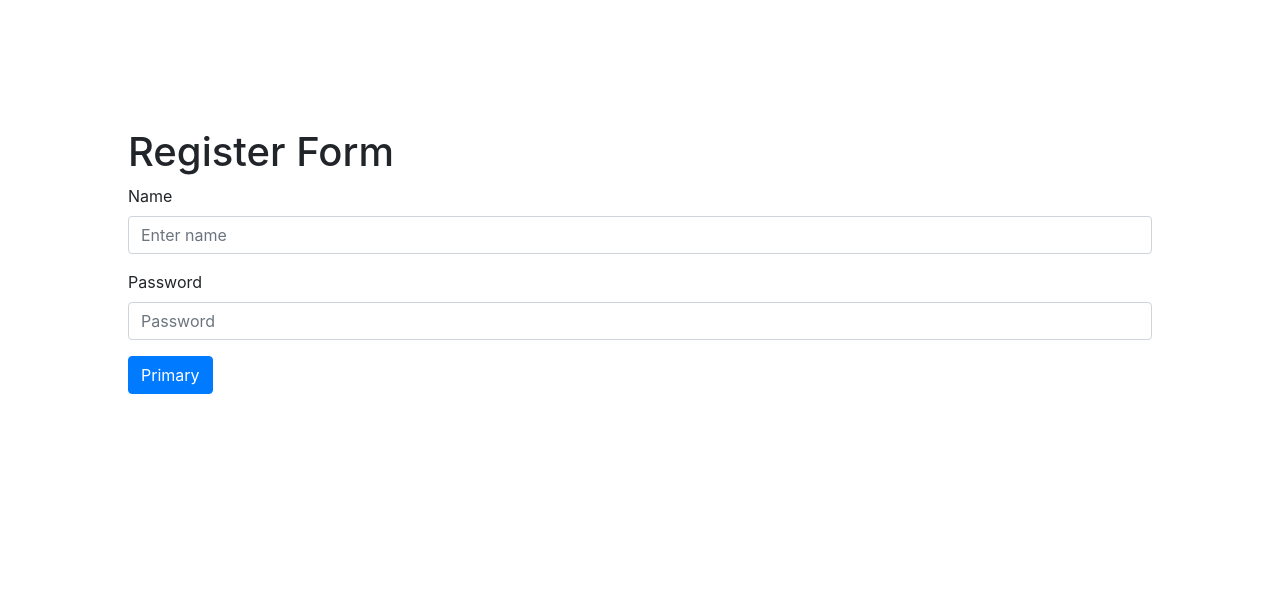
Repository: lalji-yadav/Register-Login-and-CRUD-using-token-and-Without-token-based
Page: /login
The author's editor kept a copy of each file at every save. The page is drawn from the files as they stood at one save, then again after the next save.
The browser window is 1280 px wide. The pictures show the whole page.
The project was rebuilt for these pictures with package versions that can differ from the ones it lists, and the page was loaded fresh each time. Also part of the build but not shown: src/App.css, src/auth/login.js.

Above is the page before, as saved 2021-02-01 18:37:57.

### src/App.js
import logo from './logo.svg';
import './App.css';
import Login from "./auth/login";
import Register from "./auth/register";

function App() {
  return (
    <div>
       <Register />
       {/* <Login /> */}
    </div>
  );
}

export default App;

### src/auth/register.js
import React from 'react';
import {Form,Button} from 'react-bootstrap';

const Register = () => {
    return (
        <div style={{padding:"10%"}}>
           <h1> Register Form </h1>
            <Form>
                <Form.Group controlId="formBasicEmail">
                    <Form.Label>Name</Form.Label>
                    <Form.Control type="text" placeholder="Enter name" />
                </Form.Group>

                <Form.Group controlId="formBasicPassword">
                    <Form.Label>Password</Form.Label>
                    <Form.Control type="password" placeholder="Password" />
                </Form.Group>

                </Form>

            <Button type="button" class="btn btn-primary">Primary</Button>
        </div>
    );
};

export default Register;

Loaded but not shown: public/index.html (common file); src/index.js (common file); src/index.css (common file); src/reportWebVitals.js (common file)

After the next save:
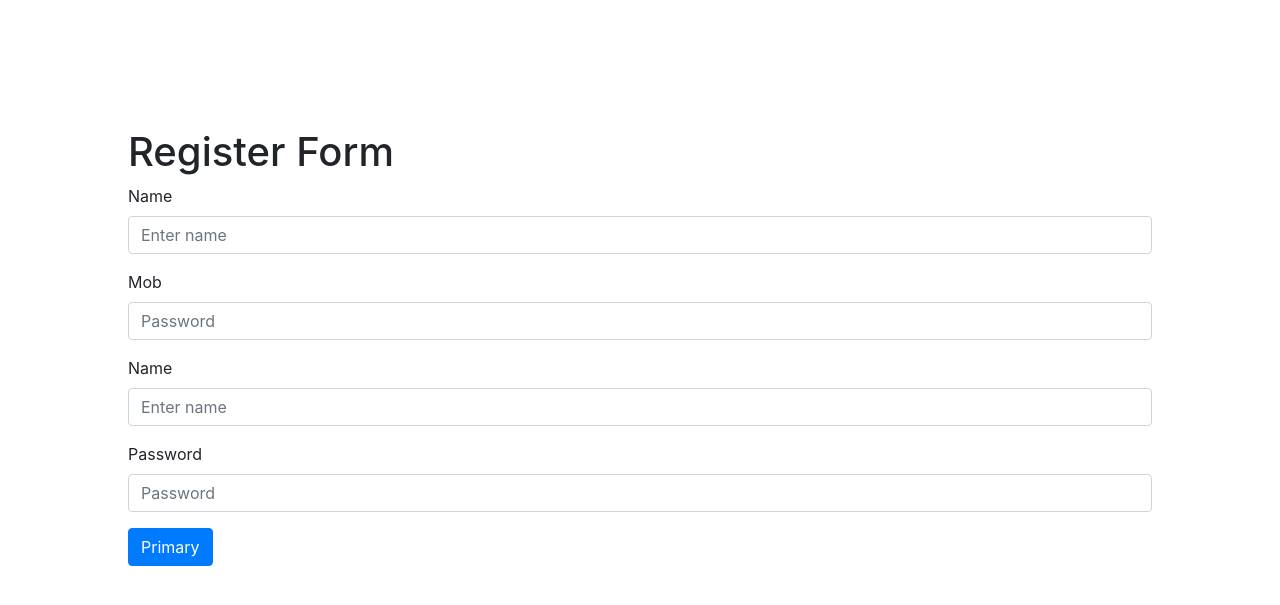
Saved 55 s later.
--- a/src/auth/register.js
+++ b/src/auth/register.js
@@ -12,11 +12,22 @@ const Register = () => {
                 </Form.Group>
 
                 <Form.Group controlId="formBasicPassword">
+                    <Form.Label>Mob</Form.Label>
+                    <Form.Control type="text" placeholder="Password" />
+                </Form.Group>
+
+                <Form.Group controlId="formBasicEmail">
+                    <Form.Label>Name</Form.Label>
+                    <Form.Control type="text" placeholder="Enter name" />
+                </Form.Group>
+
+                <Form.Group controlId="formBasicPassword">
                     <Form.Label>Password</Form.Label>
                     <Form.Control type="password" placeholder="Password" />
                 </Form.Group>
 
-                </Form>
+
+            </Form>
 
             <Button type="button" class="btn btn-primary">Primary</Button>
         </div>
